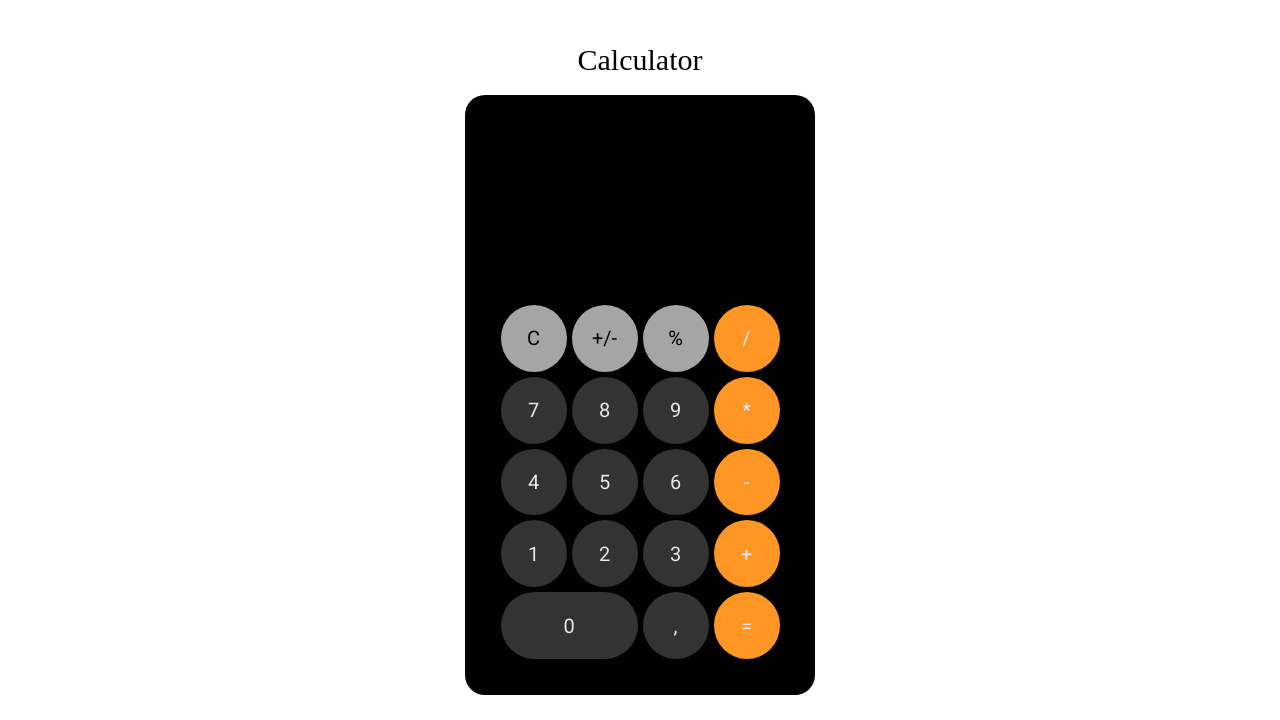
Repository: Gibon9/SimpleCalc
Page: index.html
These files come from the project's save history. The page is drawn as it stood at one moment and after the next save; the edit follows.
The browser window is 1280 px wide. The pictures show the whole page.
Some web fonts or font styles are not loaded; a fallback is used.

Above is the page before, as saved 2020-11-28 13:19:57.

After the next save:
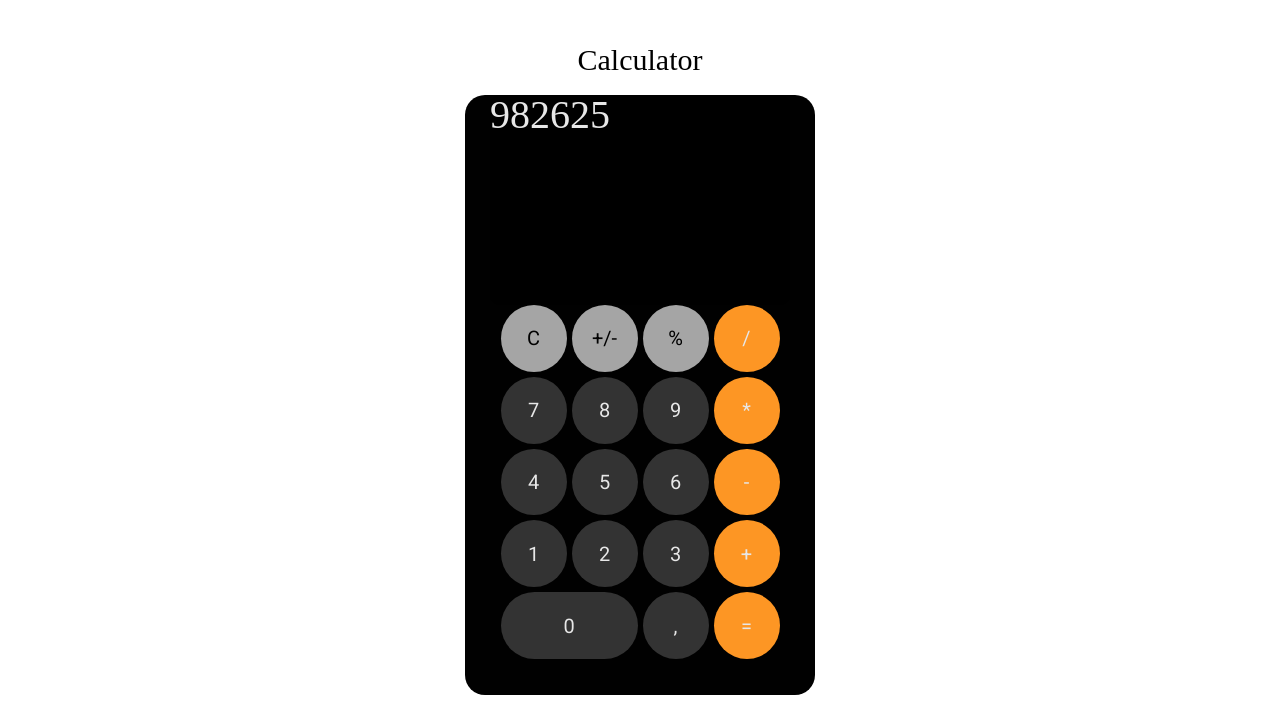
Saved 43 s later.
--- a/index.html
+++ b/index.html
@@ -12,7 +12,7 @@
     <main class="main">
       <h1 class="title">Calculator</h1>
       <section class="clac">
-        <div class="calc-display" id="display"></div>
+        <div class="calc-display" id="display"><p>982625</p></div>
         <section class="keyboard" id="keyboard">
           <button class="calc-button calc-button-secondary c-btn" id="clear">
             C
